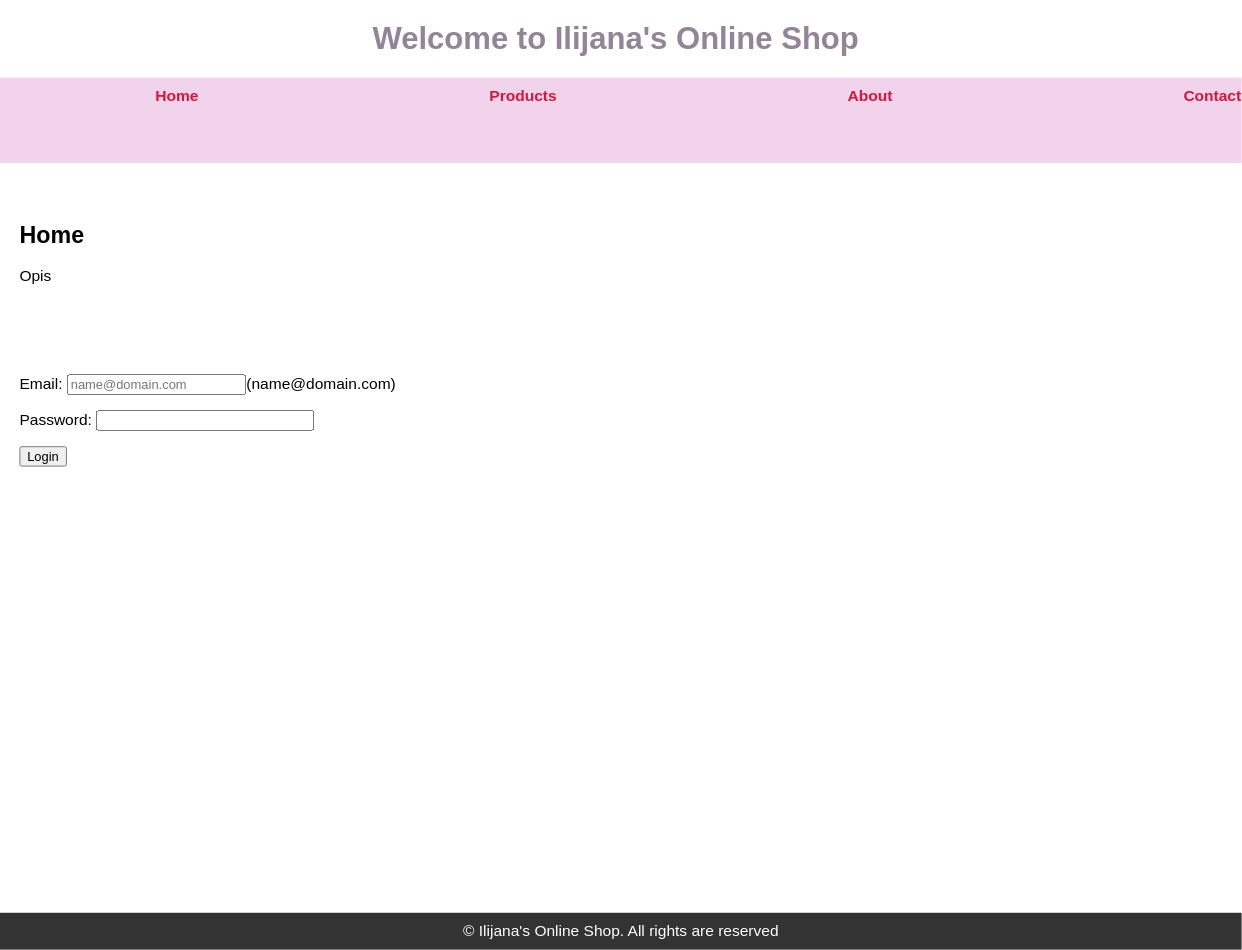
Repository: ilijana123/Proekt1
Page: html.html
These files come from the project's save history. The page is drawn as it stood at one moment and after the next save; the edit follows.
The browser window is 1280 px wide. The pictures show the whole page, at 97% of full size.

Above is the page before, as saved 2023-11-12 23:53:35.

### html.html
<!DOCTYPE html>
<html>
    <head>
    <meta charset="utf-8">
    <title>Online shop</title>
    <link rel="stylesheet" type="text/css" href="1.css">
    <script src="script.js"></script>
    </head>
    <body>
    <header>
       <h1>Welcome to Ilijana's Online Shop</h1>
    </header>
       <nav>
            <ul>
                <li><a href="#home">Home</a></li>
                <li><a href="#category1">Products</a></li>
                <li><a href="#category2">About</a></li>
                <li><a href="#category3">Contact</a></li>
            </ul>
       </nav>
       <section id="home">
            <h2>Home</h2>
            <p>Opis</p>
        </section>
        <section id="contact">
            <form method="post" autocomplete="on">
                <p><label>Email:
                    <input type="email" id="email"
                        placeholder="name@domain.com"/>(name@domain.com)
                </label></p>
                <p><label>Password:
                    <input type="password" id="password" size="25"
                        placeholder=""/>
                </label></p>
                <button onclick="btnClicked()">Login</button>
            </form>
       </section>
       <section id="category1"></section>
       <section id="category2"></section>
       <section id="category3"></section>
       <section id="instagram">
      </section>
      <section id="survey">
      </section>
      <section id="questionnaire">
      </section>
      <section id="contact">
      </section>
       <footer> &copy; Ilijana's Online Shop. All rights are reserved</footer>
    </body>
</html>

### 1.css
h1  {
     font-family: fantasy;
        color:rgb(145, 133, 151);
        position:relative;
        margin-left: 30%;
        text-decoration:double;
        text-decoration-color: aliceblue;
    }
    body
    {
        margin: 0;
        padding: 0;
        font-family: Arial, sans-serif;
    }
    nav
    {
        background-color:rgb( 241, 211, 235);
        color: white;
        padding: 10px;
        text-align: center;
    }
    nav ul
    {
        list-style-type: none;
        margin: 0;
        padding: 0;
        display: flex;
        flex-direction: row; /* Set the direction to column */

    }

    nav ul li
    {
        display: block; /* Set the display property to block */
        margin-bottom: 50px;
        margin-right: 150px;
        margin-left:150px;
    }
    section {
        padding: 20px;
        margin: 20px 0;
    }
    nav a {
        text-decoration: none;
        color:crimson;
        font-weight: bold;

    }
    nav a:hover {
        color: #555;
    }

    footer {
        background-color: #333;
        color: white;
        text-align: center;
        padding: 10px;
    }

### script.js
function btnClicked()
{
    document.location.href="html1.html";
}

After the next save:
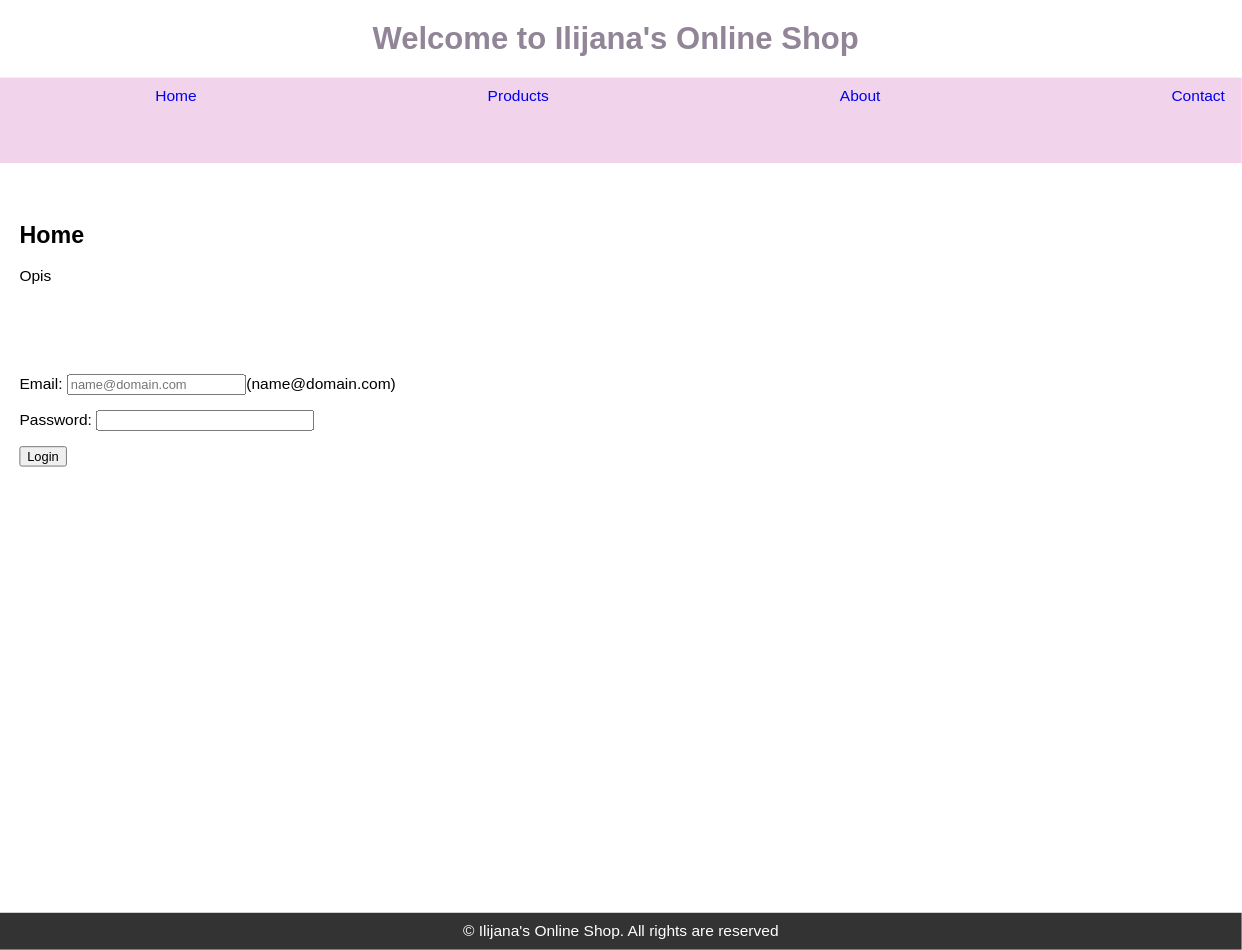
Saved 20 s later.
--- a/1.css
+++ b/1.css
@@ -42,7 +42,7 @@ h1  {
     }
     nav a {
         text-decoration: none;
-        color:crimson;
+        color:rgb(99, 71, 77)
         font-weight: bold;
 
     }
